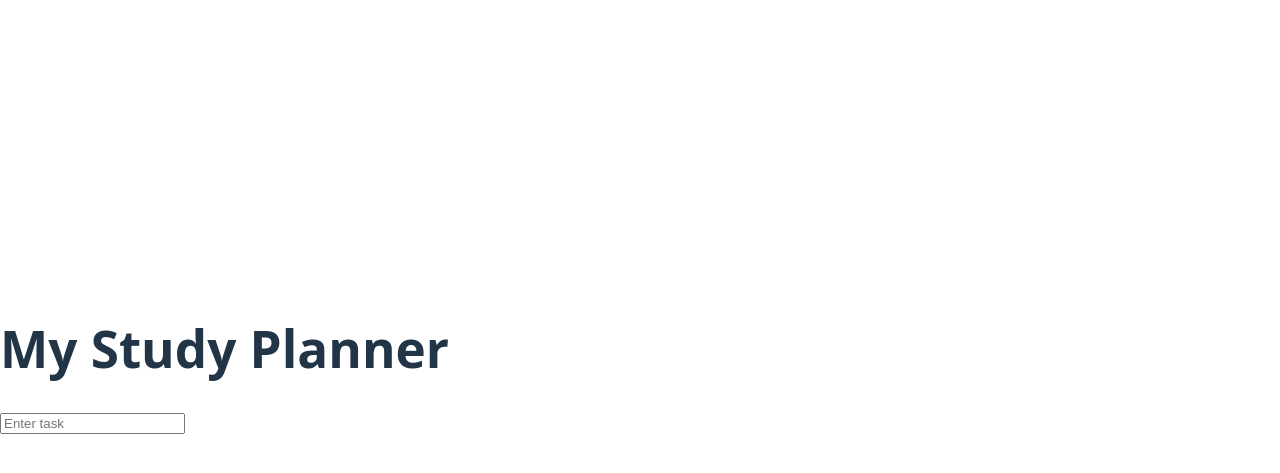
Repository: Reno-mathews/Study-Planner-MERN
Page: / (app in client/)
These files come from the project's save history. The page is drawn as it stood at one moment and after the next save; the edit follows.
The browser window is 1280 px wide. The pictures show the whole page.
The page's requests for data from a server got no answer. The project was rebuilt for these pictures with package versions that can differ from the ones it lists, and the page was loaded fresh each time. No one was signed in, and anything a server would have sent is missing. Also part of the build but not shown: client/vite.config.js.

Above is the page before, as saved 2026-01-13 20:23:10.

After the next save:
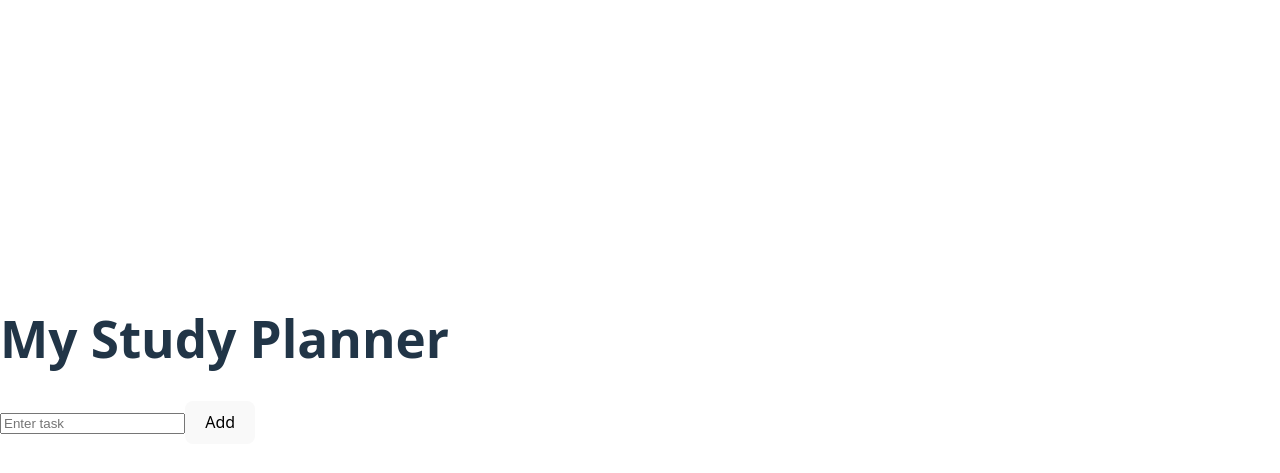
Saved 3 min 44 s later.
--- a/client/src/App.jsx
+++ b/client/src/App.jsx
@@ -42,6 +42,7 @@ function App() {
           value={newTask}
           onChange={(e) => setNewTask(e.target.value)}
         />
+        <button type="submit">Add</button>
       </form>
 
       {tasks.map((task) => (
